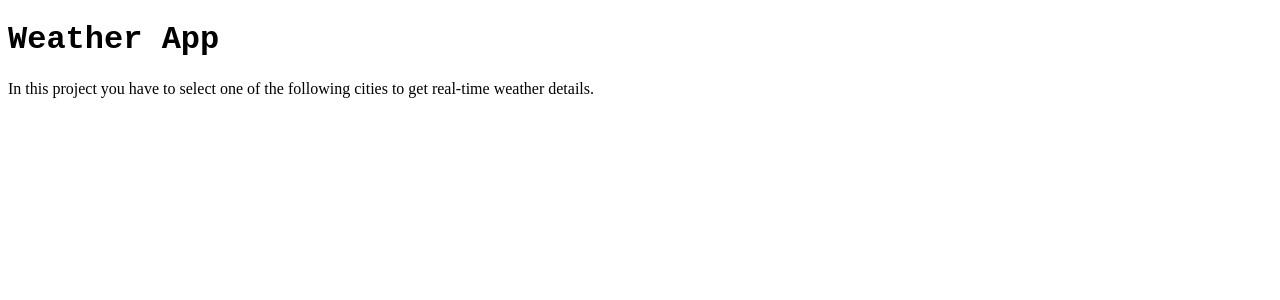
Repository: AalokJadhav/Weather_Website
Page: welcome.html
An editor plug-in stored every save of this project. The page is shown before and after the next save, followed by the edit.
The browser window is 1280 px wide. The pictures show the whole page.

Above is the page before, as saved 2020-11-03 07:55:39.

After the next save:
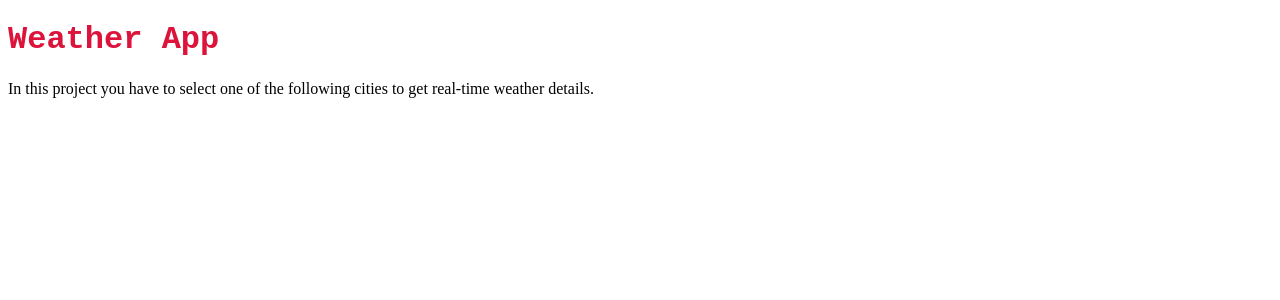
Saved 31 s later.
--- a/welcome.html
+++ b/welcome.html
@@ -6,7 +6,7 @@
     <title>Document</title>
 </head>
 <body>
-    <h1 style="font-family: 'Courier New', Courier, monospace;"> Weather App</h1>
+    <h1 style="font-family: 'Courier New', Courier, monospace; color: crimson;"> Weather App</h1>
     <p>
         In this project you have to select one of the following cities to get real-time weather details.
     </p>
